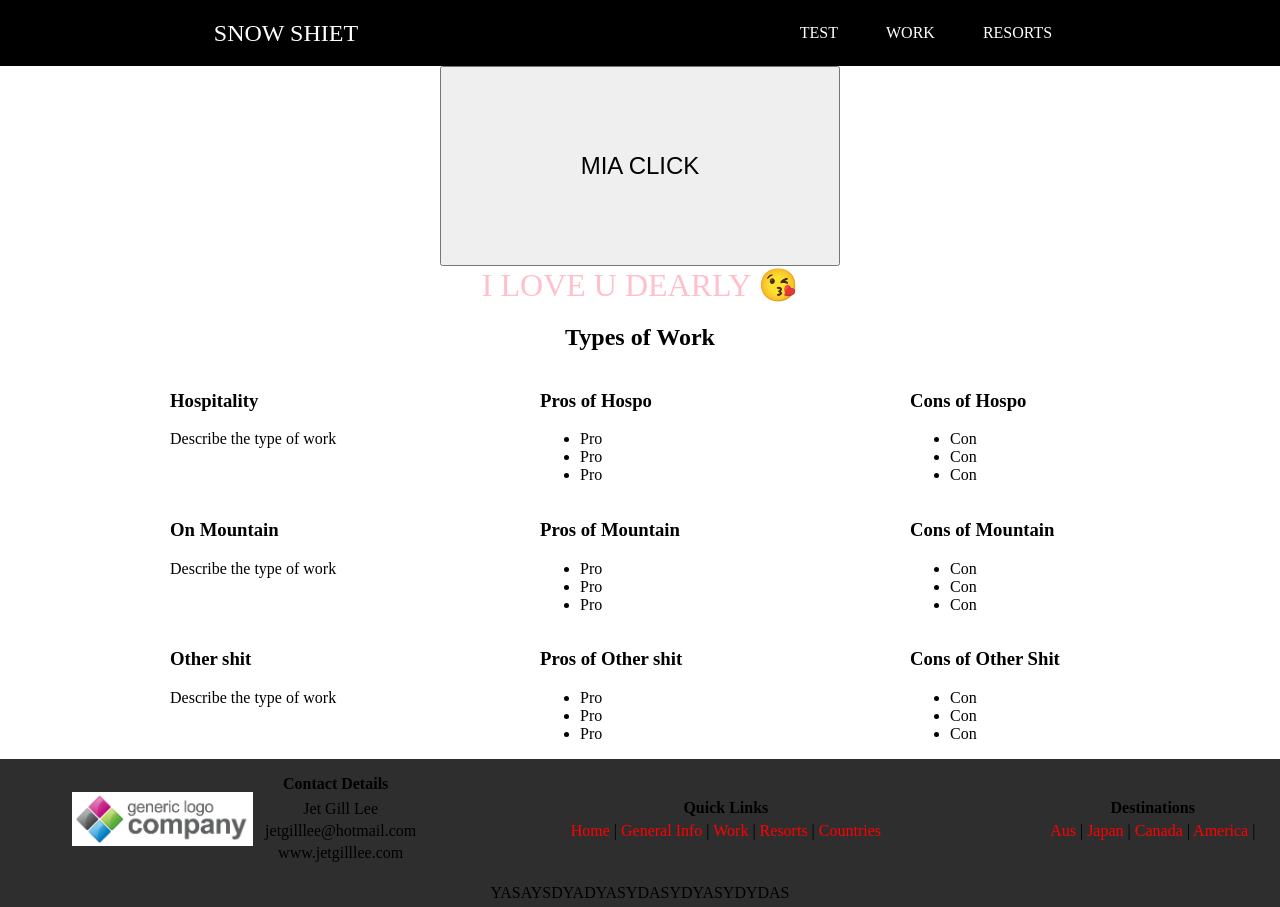
Repository: Jet-Gill-Lee/SnowSite
Page: work-overview.html
These files come from the project's save history. The page is drawn as it stood at one moment and after the next save; the edit follows.
The browser window is 1280 px wide. The pictures show the whole page.

Above is the page before, as saved 2021-07-25 00:14:46.

After the next save:
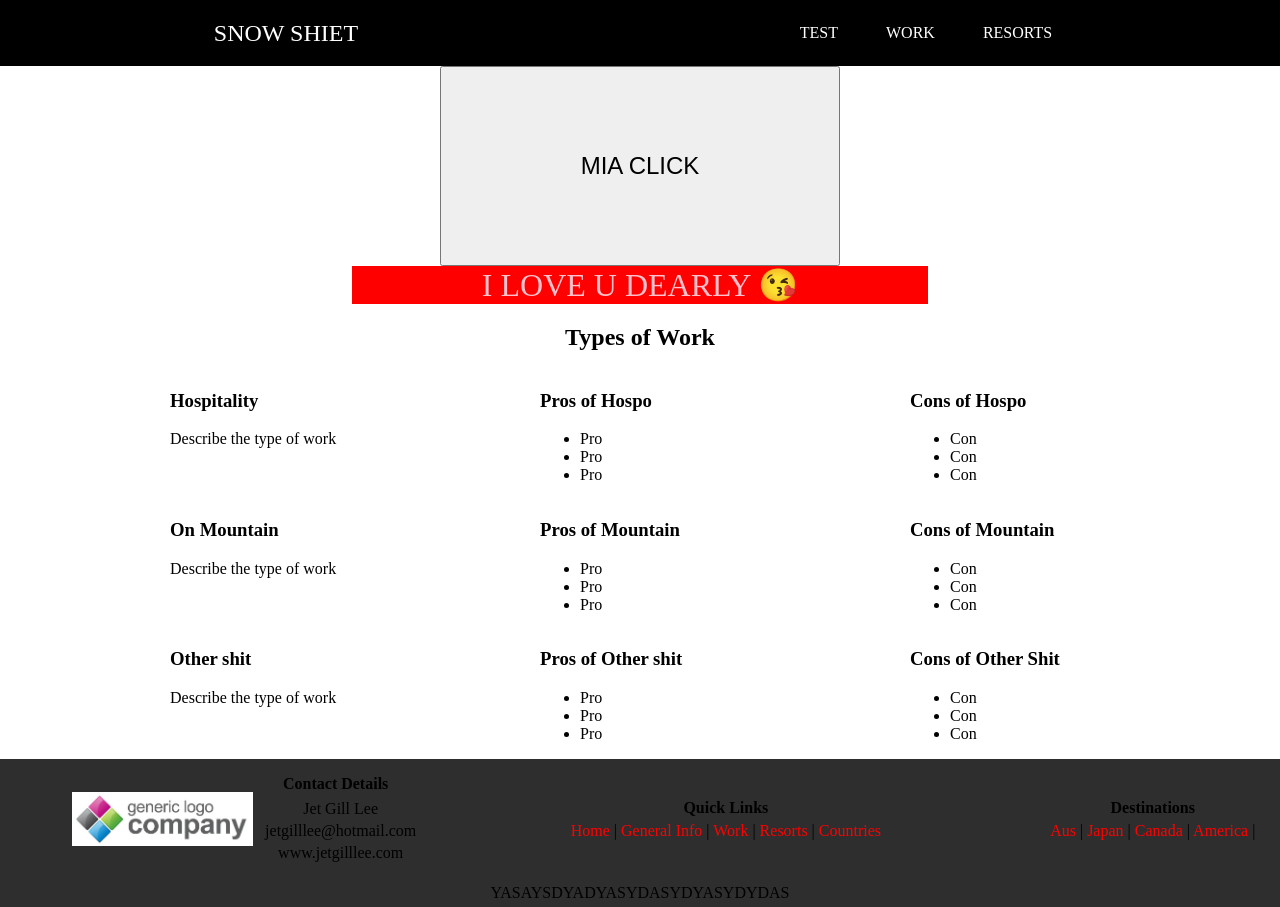
Saved 7 s later.
--- a/work-overview.html
+++ b/work-overview.html
@@ -27,7 +27,7 @@
     </div>
   </div>
   <button id="brodie-button" style='width:400px;height:200px;margin:auto;display:block;font-size:x-large'>MIA CLICK</button>
-  <div class="hero-text" style='font-size:xx-large;display:block;margin:auto;text-align:center;color:pink'>I LOVE U DEARLY 😘</div>
+  <div class="hero-text" style='font-size:xx-large;display:block;margin:auto;text-align:center;color:pink;background-color:red;'>I LOVE U DEARLY 😘</div>
 <!-- MAIN -->
   <div id="page-main">
     <div id="main-info">
